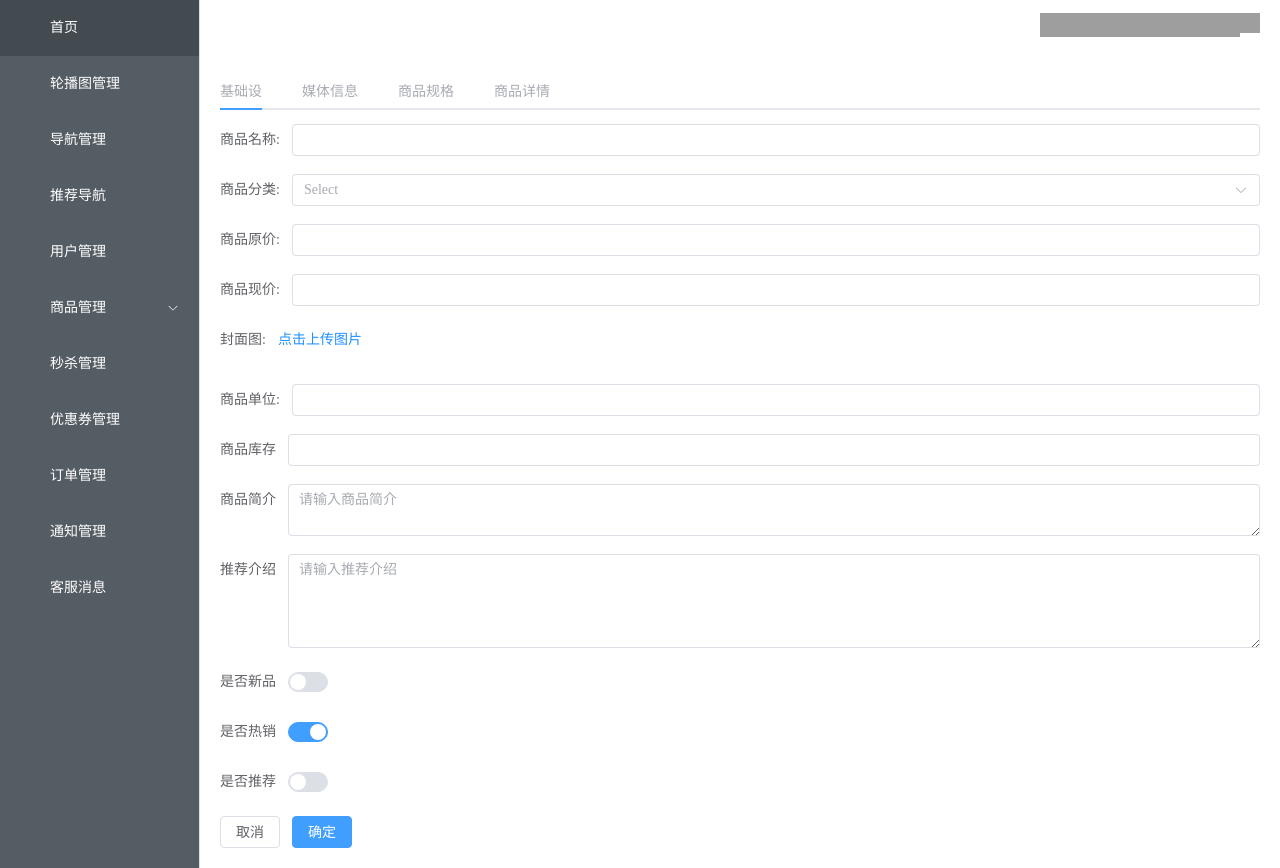
Repository: xinwuhao/CCG
Page: /addgoods
The author's editor kept a copy of each file at every save. The page is drawn from the files as they stood at one save, then again after the next save.
The browser window is 1280 px wide. The pictures show the whole page.
Pictures or frames that could not be fetched are drawn as grey boxes. The page's requests for data from a server got no answer. The project was rebuilt for these pictures with package versions that can differ from the ones it lists, and the page was loaded fresh each time. No one was signed in, and anything a server would have sent is missing. Also part of the build but not shown: vite.config.ts.

Above is the page before, as saved 2021-09-24 14:05:17.

After the next save:
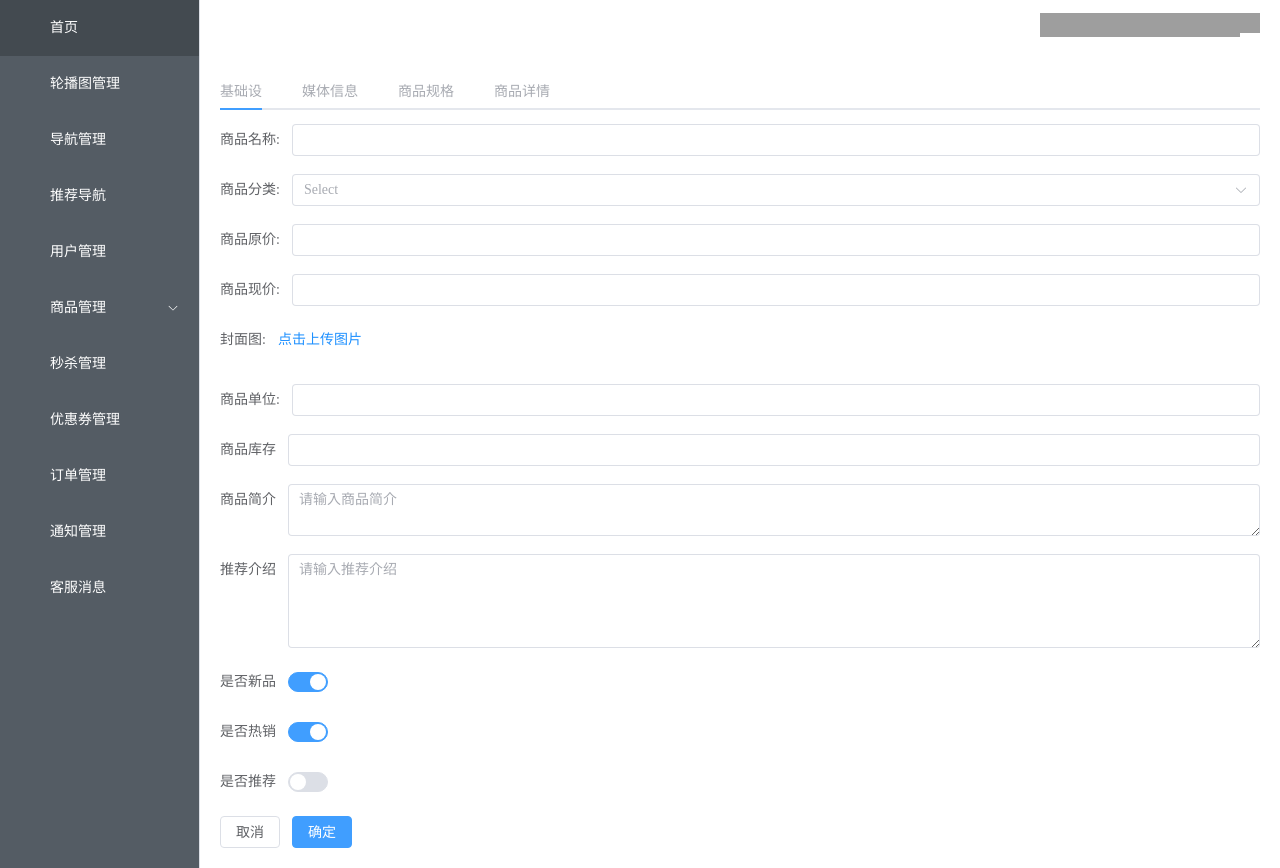
Saved 23 s later.
--- a/src/views/goods/addgoods.vue
+++ b/src/views/goods/addgoods.vue
@@ -136,9 +136,9 @@
               />
             </el-form-item>
 
-            <el-form-item label="是否新品" prop="path">
+            <el-form-item label="是否新品" prop="isNewGood">
               <el-switch
-                v-model="swiper.isShow"
+                v-model="swiper.isNewGood"
                 active-color="#13ce66"
                 inactive-color="#ff4949"
                 @change="chen"
